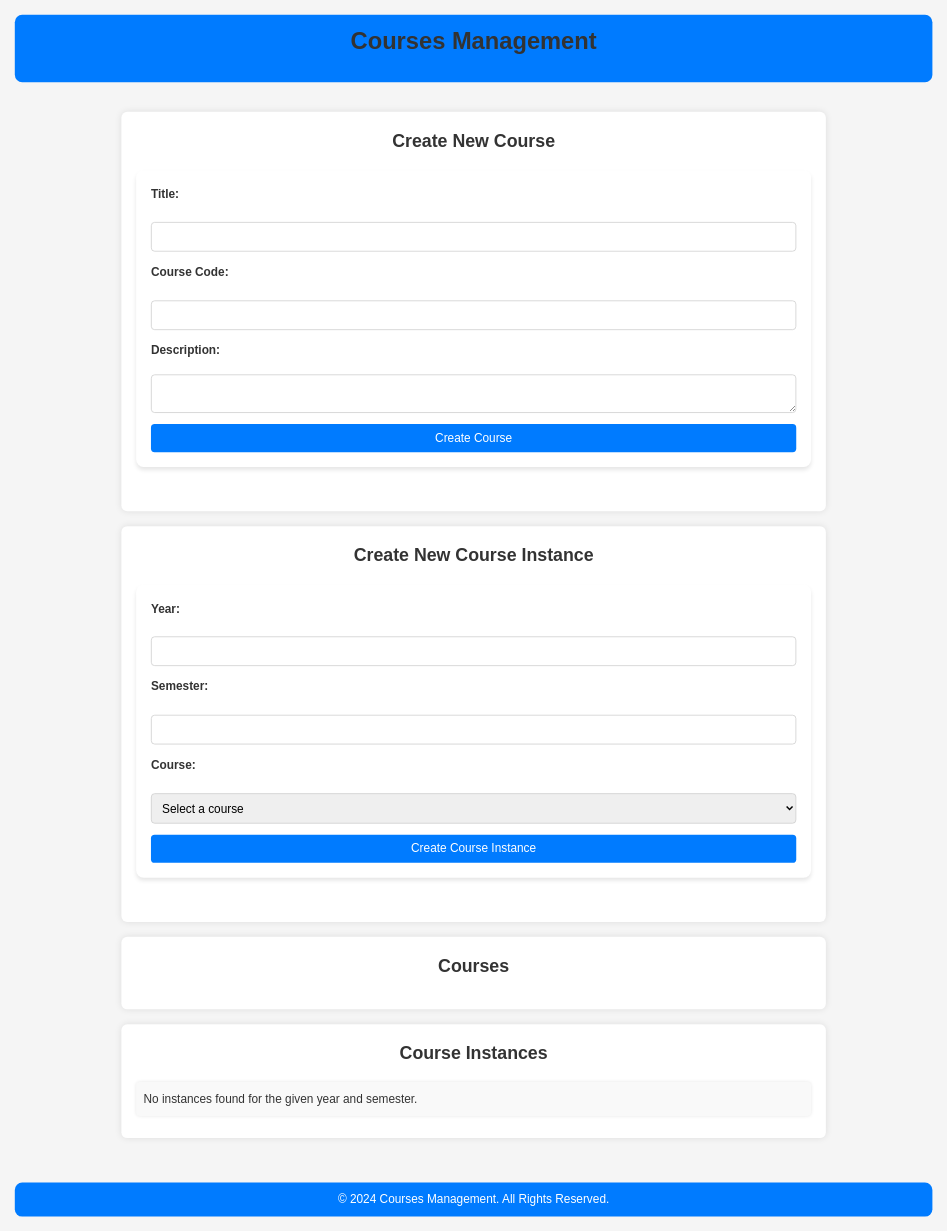
Repository: Rajdeep00-bit/Course_frontend
Page: /
An editor plug-in stored every save of this project. The page is shown before and after the next save, followed by the edit.
The browser window is 1280 px wide. The pictures show the whole page, at 74% of full size.
The page's requests for data from a server got no answer. The project was rebuilt for these pictures with package versions that can differ from the ones it lists, and the page was loaded fresh each time. No one was signed in, and anything a server would have sent is missing. Also part of the build but not shown: src/components/CourseInstanceDetails.js.

Above is the page before, as saved 2024-09-11 00:03:07.

### src/index.css
/* Reset some default styles */
* {
  margin: 0;
  padding: 0;
  box-sizing: border-box;
}

body {
  font-family: 'Arial', sans-serif;
  background-color: #f4f4f9;
  color: #333;
  line-height: 1.6;
  padding: 20px;
}

h1, h2, h3, h4, h5, h6 {
  margin-bottom: 20px;
  color: #333;
}

.container {
  max-width: 1200px;
  margin: 0 auto;
  padding: 20px;
}

/* General button styles */
button {
  background-color: #007bff;
  color: white;
  padding: 10px 15px;
  border: none;
  border-radius: 5px;
  cursor: pointer;
  font-size: 16px;
  transition: background-color 0.3s ease;
}

button:hover {
  background-color: #0056b3;
}

/* Form styles */
form {
  background-color: white;
  padding: 20px;
  margin-bottom: 40px;
  border-radius: 10px;
  box-shadow: 0 4px 6px rgba(0, 0, 0, 0.1);
}

form div {
  margin-bottom: 15px;
}

form label {
  display: block;
  margin-bottom: 5px;
  font-weight: bold;
}

form input[type="text"],
form input[type="number"],
form select {
  width: 100%;
  padding: 10px;
  margin-top: 5px;
  border: 1px solid #ccc;
  border-radius: 5px;
  font-size: 16px;
}

/* List styles */
ul {
  list-style: none;
  padding: 0;
}

li {
  background-color: white;
  padding: 15px;
  margin-bottom: 10px;
  border-radius: 10px;
  display: flex;
  justify-content: space-between;
  align-items: center;
  box-shadow: 0 4px 6px rgba(0, 0, 0, 0.1);
}

li button {
  background-color: #dc3545;
}

li button:hover {
  background-color: #c82333;
}

/* Header styles */
header {
  background-color: #007bff;
  color: white;
  padding: 20px;
  text-align: center;
  border-radius: 10px;
  margin-bottom: 40px;
}

/* Course and Course Instance Styles */
.course, .course-instance {
  display: flex;
  justify-content: space-between;
  align-items: center;
  padding: 15px;
  margin-bottom: 10px;
  background-color: white;
  border-radius: 10px;
  box-shadow: 0 4px 6px rgba(0, 0, 0, 0.1);
}

.course-info, .instance-info {
  display: flex;
  flex-direction: column;
}

.course-info h3, .instance-info h3 {
  margin-bottom: 5px;
}

/* Footer */
footer {
  text-align: center;
  padding: 20px;
  margin-top: 40px;
  background-color: #007bff;
  color: white;
  border-radius: 10px;
}

### src/App.css
body {
  margin: 0;
  font-family: Arial, sans-serif;
  background-color: #f5f5f5;
}

.App {
  text-align: center;
}

.header {
  background-color: #007bff;
  color: white;
  padding: 10px 0;
  margin-bottom: 20px;
}

.container {
  width: 80%;
  margin: 0 auto;
}

.section {
  background-color: white;
  padding: 20px;
  margin-bottom: 20px;
  box-shadow: 0px 0px 10px rgba(0, 0, 0, 0.1);
  border-radius: 8px;
}

.form {
  display: flex;
  flex-direction: column;
  gap: 15px;
}

.form label {
  font-weight: bold;
  text-align: left;
}

.form input, .form textarea, .form select {
  padding: 10px;
  border-radius: 5px;
  border: 1px solid #ccc;
}

.form button {
  padding: 10px;
  background-color: #007bff;
  color: white;
  border: none;
  border-radius: 5px;
  cursor: pointer;
}

.form button:hover {
  background-color: #0056b3;
}

ul {
  list-style-type: none;
  padding: 0;
}

ul li {
  background-color: #f9f9f9;
  margin: 10px 0;
  padding: 10px;
  border-radius: 5px;
  box-shadow: 0px 0px 5px rgba(0, 0, 0, 0.1);
}

ul li button {
  margin-left: 10px;
}

.course-details, .instance-details {
  margin-top: 20px;
  text-align: left;
}

.footer {
  background-color: #007bff;
  color: white;
  padding: 10px 0;
  margin-top: 20px;
}

### src/components/CourseForm.js
import React, { useState } from 'react';

function CourseForm({ onCourseCreated, setFetchNewCourse }) {
  const [title, setTitle] = useState('');
  const [courseCode, setCourseCode] = useState('');
  const [description, setDescription] = useState('');

  const handleSubmit = (event) => {
    event.preventDefault();

    const course = {
      title: title,
      course_code: courseCode,
      description: description
    };

    fetch('http://127.0.0.1:8000/api/courses', {
      method: 'POST',
      headers: {
        'Content-Type': 'application/json'
      },
      body: JSON.stringify(course)
    })
      .then(response => response.json())
      .then(data => {
        setTitle('');
        setCourseCode('');
        setDescription('');
        setFetchNewCourse(true);
        onCourseCreated();
      })
      .catch((error) => {
        console.error('Error creating course:', error);
      });
  };

  return (
    <form className="form" onSubmit={handleSubmit}>
      <label>Title:</label>
      <input
        type="text"
        value={title}
        onChange={(e) => setTitle(e.target.value)}
        required
      />

      <label>Course Code:</label>
      <input
        type="text"
        value={courseCode}
        onChange={(e) => setCourseCode(e.target.value)}
        required
      />

      <label>Description:</label>
      <textarea
        value={description}
        onChange={(e) => setDescription(e.target.value)}
        required
      />

      <button type="submit">Create Course</button>
    </form>
  );
}

export default CourseForm;

### src/components/CourseInstanceForm.js
import React, { useEffect, useState } from 'react';

function CourseInstanceForm({ onInstanceCreated, year, semester, setYear, setSemester, fetchNewCourse, setFetchNewCourse, fetchInstances }) {
  const [courseId, setCourseId] = useState('');
  const [courses, setCourses] = useState([]);

  // Fetch the courses when a new course is created
  useEffect(() => {
    if (fetchNewCourse) {
      setFetchNewCourse(false);
      fetchCourses();
    }
  }, [fetchNewCourse, setFetchNewCourse]);

  // Function to fetch the list of courses
  const fetchCourses = () => {
    fetch('http://127.0.0.1:8000/api/courses')
      .then(response => response.json())
      .then(data => setCourses(data))
      .catch((error) => {
        console.error('Error fetching courses:', error);
      });
  };

  // Handle form submission
  const handleSubmit = (event) => {
    event.preventDefault();

    const courseInstance = {
      course: courseId,
      year: year,
      semester: semester
    };

    // Post new course instance to the API
    fetch('http://127.0.0.1:8000/api/instances', {
      method: 'POST',
      headers: {
        'Content-Type': 'application/json'
      },
      body: JSON.stringify(courseInstance)
    })
      .then(response => response.json())
      .then(data => {
        // Reset the form fields after successful submission
        setCourseId('');
        setYear('');         // Reset year field
        setSemester('');     // Reset semester field

        onInstanceCreated();  // Callback to refresh other components if needed
        fetchInstances();     // Refresh the course instance list
      })
      .catch((error) => {
        console.error('Error creating course instance:', error);
      });
  };

  return (
    <form className="form" onSubmit={handleSubmit}>
      <label>Year:</label>
      <input
        type="text"
        value={year}
        onChange={(e) => setYear(e.target.value)}
        required
      />

      <label>Semester:</label>
      <input
        type="text"
        value={semester}
        onChange={(e) => setSemester(e.target.value)}
        required
      />

      <label>Course:</label>
      <select value={courseId} onChange={(e) => setCourseId(e.target.value)} required>
        <option value="">Select a course</option>
        {courses.map(course => (
          <option key={course.id} value={course.id}>{course.title}</option>
        ))}
      </select>

      <button type="submit">Create Course Instance</button>
    </form>
  );
}

export default CourseInstanceForm;

### src/components/CourseInstanceList.js
import React from 'react';

function CourseInstanceList({ instances, setInstances, year, semester }) {

  // Fetch instance details (for display or debugging)
  const viewInstanceDetails = (id) => {
    fetch(`http://127.0.0.1:8000/api/instances/${year}/${semester}/${id}`)
      .then(response => response.json())
      .then(data => {
        console.log('Instance details:', data);  // Log or display instance details
      })
      .catch((error) => {
        console.error('Error fetching instance details:', error);
      });
  };

  // Delete an instance and update the state without refreshing the page
  const deleteInstance = (id) => {
    fetch(`http://127.0.0.1:8000/api/instances/${id}`, {
      method: 'DELETE'
    })
    .then(() => fetchInstances())  // Refresh the instance list after deletion
    .catch((error) => {
      console.error('Error deleting instance:', error);
    });
};

  return (
    <div>
      <ul>
        {instances.length === 0 ? (
          <li>No instances found for the given year and semester.</li>
        ) : (
          instances.map(instance => (
            <li key={instance.id}>
              {instance.course.title} - {instance.year}/{instance.semester}
              <button onClick={() => viewInstanceDetails(instance.id)}>View Details</button>
              <button onClick={() => deleteInstance(instance.id)}>Delete</button> {/* Delete without confirmation */}
            </li>
          ))
        )}
      </ul>
    </div>
  );
}

export default CourseInstanceList;

### src/components/CourseList.js
import React from 'react';

function CourseList({ courses, fetchCourses }) {

  const viewCourseDetails = (id) => {
    fetch(`http://127.0.0.1:8000/api/courses/${id}`)
      .then(response => response.json())
      .then(data => {
        console.log('Course details:', data);
      })
      .catch((error) => {
        console.error('Error fetching course details:', error);
      });
  };

  const deleteCourse = (id) => {
    fetch(`http://127.0.0.1:8000/api/courses/${id}`, {
      method: 'DELETE'
    })
      .then(() => fetchCourses())  // Refresh the course list after deletion
      .catch((error) => {
        console.error('Error deleting course:', error);
      });
  };

  return (
    <ul>
      {courses.map(course => (
        <li key={course.id}>
          {course.title} ({course.course_code})
          <button onClick={() => viewCourseDetails(course.id)}>View Details</button>
          <button onClick={() => deleteCourse(course.id)}>Delete</button>
        </li>
      ))}
    </ul>
  );
}

export default CourseList;

Loaded but not shown: src/index.js (common file); src/App.js (179 lines, source omitted)

After the next save:
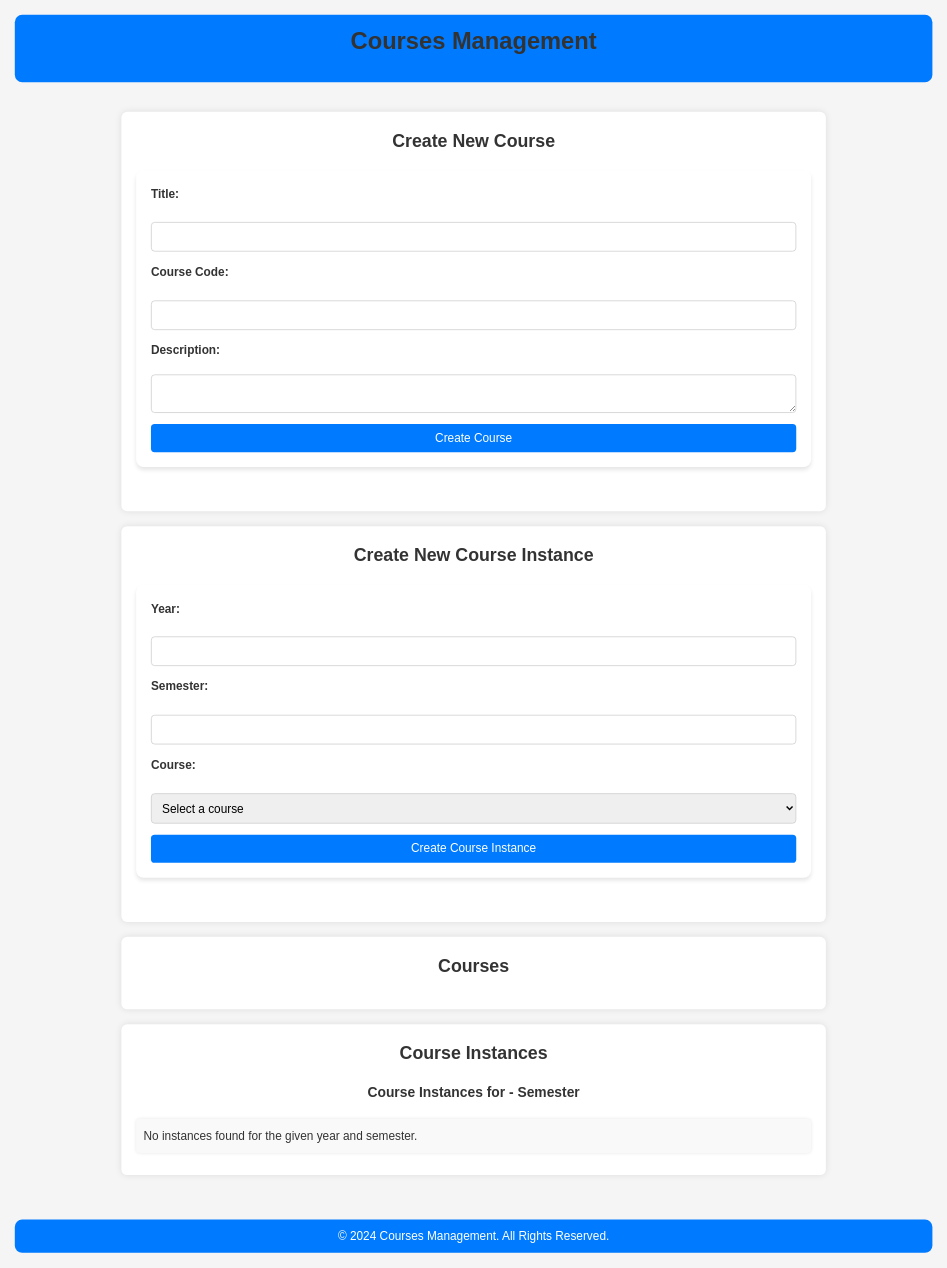
Saved 37 s later.
--- a/src/components/CourseInstanceList.js
+++ b/src/components/CourseInstanceList.js
@@ -1,20 +1,24 @@
-import React from 'react';
+import React, { useState, useEffect } from 'react';
 
-function CourseInstanceList({ instances, setInstances, year, semester }) {
+function CourseInstanceList({ year, semester, setInstances }) {
+  const [instances, setLocalInstances] = useState([]);
 
-  // Fetch instance details (for display or debugging)
-  const viewInstanceDetails = (id) => {
-    fetch(`http://127.0.0.1:8000/api/instances/${year}/${semester}/${id}`)
+  const fetchInstances = () => {
+    fetch(`http://127.0.0.1:8000/api/instances/${year}/${semester}`)
       .then(response => response.json())
       .then(data => {
-        console.log('Instance details:', data);  // Log or display instance details
+        setLocalInstances(data);  // Update local state with fetched instances
+        setInstances(data);       // Optionally update parent state if necessary
       })
       .catch((error) => {
-        console.error('Error fetching instance details:', error);
+        console.error('Error fetching instances:', error);
       });
   };
 
-  // Delete an instance and update the state without refreshing the page
+  useEffect(() => {
+    fetchInstances();  // Fetch instances when the component mounts
+  }, [year, semester]);
+
   const deleteInstance = (id) => {
     fetch(`http://127.0.0.1:8000/api/instances/${id}`, {
       method: 'DELETE'
@@ -23,10 +27,12 @@
     .catch((error) => {
       console.error('Error deleting instance:', error);
     });
-};
+  };
 
   return (
     <div>
+      <h3>Course Instances for {year} - Semester {semester}</h3>
+
       <ul>
         {instances.length === 0 ? (
           <li>No instances found for the given year and semester.</li>
@@ -34,8 +40,7 @@
           instances.map(instance => (
             <li key={instance.id}>
               {instance.course.title} - {instance.year}/{instance.semester}
-              <button onClick={() => viewInstanceDetails(instance.id)}>View Details</button>
-              <button onClick={() => deleteInstance(instance.id)}>Delete</button> {/* Delete without confirmation */}
+              <button onClick={() => deleteInstance(instance.id)}>Delete</button>
             </li>
           ))
         )}

After the 5 saves that followed:
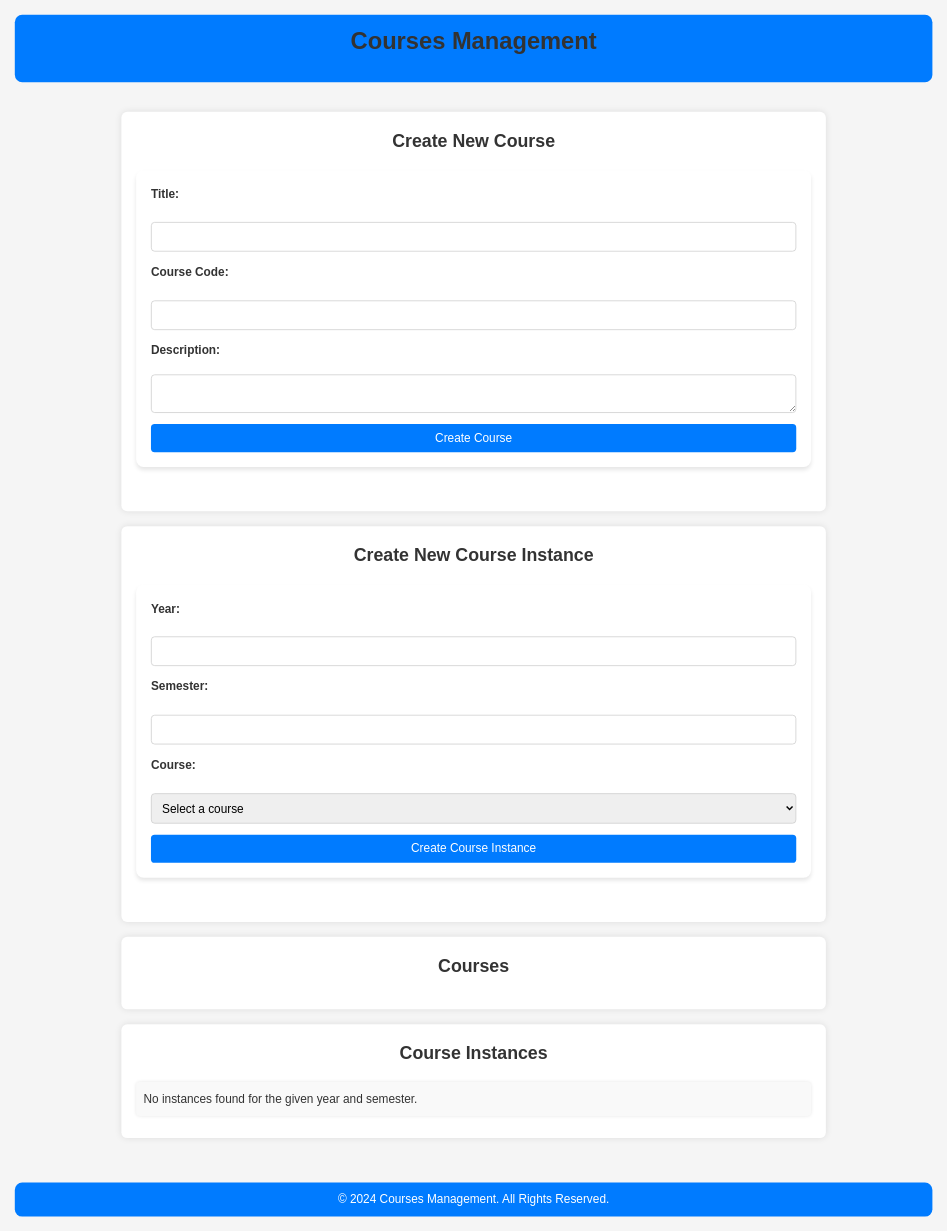
The 5 saves are shown as one change because 3 left the picture as it was and some came seconds apart.
The last was saved 77 s later.
--- a/src/components/CourseInstanceList.js
+++ b/src/components/CourseInstanceList.js
@@ -1,24 +1,20 @@
-import React, { useState, useEffect } from 'react';
+import React from 'react';
 
-function CourseInstanceList({ year, semester, setInstances }) {
-  const [instances, setLocalInstances] = useState([]);
+function CourseInstanceList({ instances, setInstances, year, semester }) {
 
-  const fetchInstances = () => {
-    fetch(`http://127.0.0.1:8000/api/instances/${year}/${semester}`)
+  // Fetch instance details (for display or debugging)
+  const viewInstanceDetails = (id) => {
+    fetch(`http://127.0.0.1:8000/api/instances/${year}/${semester}/${id}`)
       .then(response => response.json())
       .then(data => {
-        setLocalInstances(data);  // Update local state with fetched instances
-        setInstances(data);       // Optionally update parent state if necessary
+        console.log('Instance details:', data);  // Log or display instance details
       })
       .catch((error) => {
-        console.error('Error fetching instances:', error);
+        console.error('Error fetching instance details:', error);
       });
   };
 
-  useEffect(() => {
-    fetchInstances();  // Fetch instances when the component mounts
-  }, [year, semester]);
-
+  // Delete an instance and update the state without refreshing the page
   const deleteInstance = (id) => {
     fetch(`http://127.0.0.1:8000/api/instances/${id}`, {
       method: 'DELETE'
@@ -27,12 +23,10 @@
     .catch((error) => {
       console.error('Error deleting instance:', error);
     });
-  };
+};
 
   return (
     <div>
-      <h3>Course Instances for {year} - Semester {semester}</h3>
-
       <ul>
         {instances.length === 0 ? (
           <li>No instances found for the given year and semester.</li>
@@ -40,7 +34,8 @@
           instances.map(instance => (
             <li key={instance.id}>
               {instance.course.title} - {instance.year}/{instance.semester}
-              <button onClick={() => deleteInstance(instance.id)}>Delete</button>
+              <button onClick={() => viewInstanceDetails(instance.id)}>View Details</button>
+              <button onClick={() => deleteInstance(instance.id)}>Delete</button> {/* Delete without confirmation */}
             </li>
           ))
         )}
